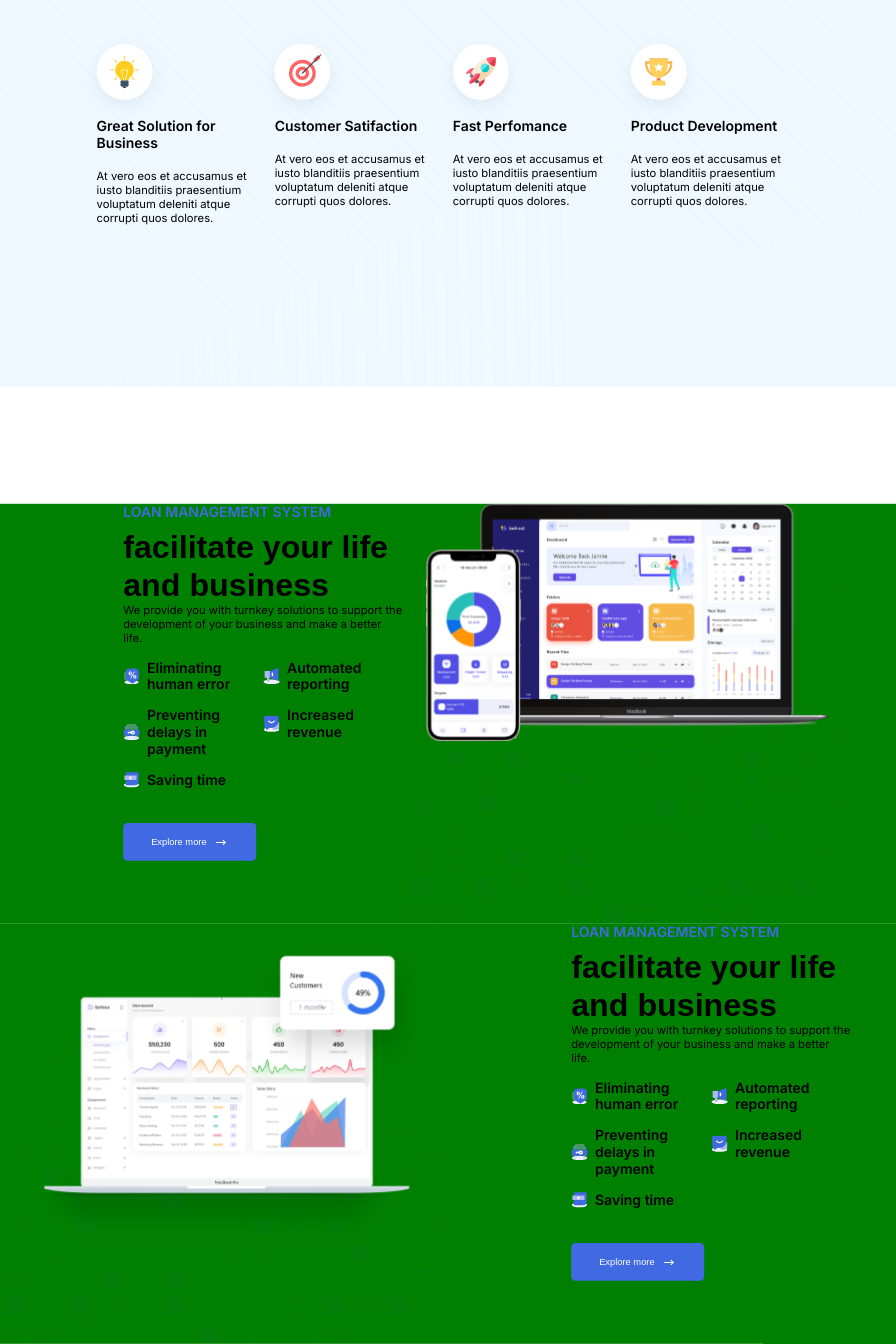
Repository: Chamsmey/static-html-css
Page: index.html
An editor plug-in stored every save of this project. The page is shown before and after the next save, followed by the edit.
The browser window is 1280 px wide. The pictures show the part of the page from y = 1114 to 3034 px (the page is 3034 px tall), at 70% of full size.
Some web fonts or font styles are not loaded; a fallback is used.

Above is the page before, as saved 2022-11-15 16:47:52.

### index.html
<!DOCTYPE html>
<html lang="en">

<head>
    <meta charset="UTF-8">
    <meta http-equiv="X-UA-Compatible" content="IE=edge">
    <meta name="viewport" content="width=device-width, initial-scale=1.0">
    <title>Blue Tech Solution</title>
    <link rel="stylesheet" href="./css/style.css">
    <link rel="shortcut icon" href="./icons/BlueTech solution _ Logo.svg" type="image/x-icon">
</head>

<body>

    <!-- /// navbar  -->
    <div class="container">
        <nav>
            <div class="logo_group">
                <img src="./icons/BlueTech solution _ Logo.svg" alt="">
            </div>
            <ul class="nav_menu flex_evenly_center">
                <a href="#">
                    <li class="menu_items">Home</li>
                </a>
                <a href="#choose_us">
                    <li class="menu_items">Why choose us
                </a>
                <a href="#products">
                    <li class="menu_items">Products
                </a>
                <a href="#contact">
                    <li class="menu_items">Contact us
                </a>
                <a href="#faq">
                    <li class="menu_items">FAQs</li>
                </a>
            </ul>
            <button class="btn btn_primary">
                <img src="./icons/icon_play_circle.svg" alt="">
                <span>Request demo</span>
            </button>
        </nav>
        <!-- // home  -->
        <section id="home" class="">
            <!-- si=============side left ========= -->
            <div id="side_left" class="flex_beteen_center">

                <div id="follow_social">
                    <div class="icon_group flex_col">
                        <img class="follow_icon" width="15.02px" height="12.6px" src="./icons/icon_telegram.svg" alt="">
                        <img class="follow_icon" width="14.98px
                        " height="11.24px" src="./icons/icon_youtube.svg" alt="">
                        <img class="follow_icon" width="15px" height="15px" src="./icons/icon_linkedIn.svg" alt="">
                        <img class="follow_icon" width="7.5px" height="15px" src="./icons//Icon_facebook.svg" alt="">
                        <img class="follow_icon" width="2px" height="10px" src="./icons//icon_I.svg" alt="">

                        <h5 class="text_tranform text_sm text_center my_25"> Follow Us </h5>

                    </div>
                </div>
                <div id="content">
                    <div class="">
                        <h1 class="text_3xl" >True PowerFul Business Partner: <span class="text_3xl color_primary">Blue Tech </span>Solution</h1>
                        <p class="text_sm">Sed ut perspiciatis unde omnis iste natus error sit voluptatem
                            accusantium doloremque laudantium, totam rem aperiam, eaque ipsa quae ab
                            illo inventore veritatis et quasi architecto
                            beatae vitae dicta sunt explicabo.</p>
                    </div>
                    <div class="">
                        <div id="scroll_icon">
                            <h4 class="text_sm color_secodary">Scroll down to explore</h4>
                            <div class="icon_circle bg_primary ml_10">
                                <img src="./icons/icon_arrow_down_white.png" alt="">
                            </div>
                        </div>

                    </div>

                </div>
            </div>
            <!-- /////////////// side right  -->
            <div id="side_right">
                <img src="./images/home/01.jpg" alt="">
            </div>
        </section>
        </section>

        <!-- choose us -->
        <section id="choose_us" class="choose_us_section bg_primary">
            <div class="header">
                <div class="section_header">
                    <h4 class="text_sm color_primary text_upper mt_50">
                        Why our customer choose us?
                    </h4>
                    <h1 class="text_3xl my_10">
                        15 Years of Experiences
                        In IT Solutions
                    </h1>
                    <p class="text_sm my_10">
                        Doloremque laudantium, totam rem aperiam,
                        eaque ipsa quae ab illo inventore veritatis et quasi architecto beatae
                        vitae dicta sunt explicabo.
                    </p>
                </div>
            </div>
            <div class="card_group_items">
                <div class="card_group flex_beteen_start">
                    <div class="card">
                        <div class="card_header">
                            <div class="icon_circle bg_white icon_80x_80x box_shadow">
                                <img src="./icons/icon_light.svg" alt="">
                            </div>
                        </div>
                        <div class="card_body">
                            <h4 class="text_sm my_25">Great Solution for Business</h4>
                            <p class="text_ms my_10">At vero eos et accusamus et iusto blanditiis praesentium
                                voluptatum deleniti atque corrupti quos dolores.</p>
                        </div>
                    </div>
                    <div class="card">
                        <div class="card_header">
                            <div class="icon_circle bg_white icon_80x_80x box_shadow">
                                <img class="posttion_absolute_center" src="./icons/icon_focus.svg" alt="">
                            </div>
                        </div>
                        <div class="card_body">
                            <h4 class="text_sm my_25">Customer Satifaction</h4>
                            <p class="text_ms my_10">At vero eos et accusamus et iusto blanditiis praesentium
                                voluptatum deleniti atque corrupti quos dolores.</p>
                        </div>
                    </div>
                    <div class="card">
                        <div class="card_header">
                            <div class="icon_circle bg_white icon_80x_80x box_shadow">
                                <img src="./icons/icon_rocket.svg" alt="">
                            </div>
                        </div>
                        <div class="card_body">
                            <h4 class="text_sm my_25">Fast Perfomance</h4>
                            <p class="text_ms my_10">
                                At vero eos et accusamus et iusto blanditiis praesentium
                                voluptatum deleniti atque corrupti quos dolores.</p>
                        </div>
                    </div>
                    <div class="card">
                        <div class="card_header">
                            <div class="icon_circle bg_white icon_80x_80x box_shadow">
                                <img src="./icons/icon_champion.svg" alt="">
                            </div>
                        </div>
                        <div class="card_body">
                            <h4 class="text_sm my_25">Product Development</h4>
                            <p class="text_ms my_10">At vero eos et accusamus et iusto blanditiis praesentium
                                voluptatum deleniti atque corrupti quos dolores.</p>
                        </div>
                    </div>
                </div>
            </div>
            <div class="scroll_bar">
                <h4 class="scroll_bar_title text_sm text_tranform py_30">
                 Scroll to top
                </h4>

                <div class="bar">
                    <img src="./icons/icon_scroll_bar.svg" alt="">
                </div>
            </div>
        </section>
    </div>
    <div>

    </div>
    <!-- product  -->
    <div class="container">
        <section id="products" class="products_section">
            <div class="product_description">
                <h4 class="text_sm text_upper color_primary">Loan Management system</h4>
                <h1 class="text_3xl mt_10">
                    facilitate your life and business
                </h1>
                <p class="text_ms">We provide you with turnkey solutions to support the development
                    of your business and make a better life.</p>
                    <div class="product_values flex_beteen_start">
                        <div class="product_value flex_align_center mt_20">
                            <img src="./icons/icon_percent.svg" alt="">
                            <p class="text_sm text_simibold ml_20">Eliminating human error</p>
                        </div>
                        <div class="product_value flex_align_center mt_20">
                            <img src="./icons/icon_micro.svg" alt="">
                            <p class="text_sm text_simibold ml_20">Automated reporting</p>
                        </div>
                        <div class="product_value flex_align_center mt_20">
                            <img src="./icons/icon_prevent.svg" alt="">
                            <p class="text_sm text_simibold ml_20">Preventing delays in payment</p>
                        </div>
                        <div class="product_value flex_align_center mt_20">
                            <img src="./icons/icon_sms.svg" alt="">
                            <p class="text_sm text_simibold ml_20">Increased revenue</p>
                        </div>
                        <div class="product_value flex_align_center mt_20">
                            <img src="./icons/icon_save.svg" alt="">
                            <p class="text_sm text_simibold ml_20">Saving time</p>
                        </div>
                    </div>
                <button class="btn btn_primary mt_50"><a href="#" class="color_white">Explore more</a> <img src="./icons/icon_arrow_right.svg" alt=""></button>
            </div>
            <div class="product_bg">
                <img src="./images/product.svg" alt="">

            </div>

        </section>
        <section id="products" class="products_section">
            <div class="product_bg">
                <img src="./images/products/products.svg" alt="">
            </div>
            <div class="product_description">
                <h4 class="text_sm text_upper color_primary">Loan Management system</h4>
                <h1 class="text_3xl mt_10">
                    facilitate your life and business
                </h1>
                <p class="text_ms">We provide you with turnkey solutions to support the development
                    of your business and make a better life.</p>
                    <div class="product_values flex_beteen_start">
                        <div class="product_value flex_align_center mt_20">
                            <img src="./icons/icon_percent.svg" alt="">
                            <p class="text_sm text_simibold ml_20">Eliminating human error</p>
                        </div>
                        <div class="product_value flex_align_center mt_20">
                            <img src="./icons/icon_micro.svg" alt="">
                            <p class="text_sm text_simibold ml_20">Automated reporting</p>
                        </div>
                        <div class="product_value flex_align_center mt_20">
                            <img src="./icons/icon_prevent.svg" alt="">
                            <p class="text_sm text_simibold ml_20">Preventing delays in payment</p>
                        </div>
                        <div class="product_value flex_align_center mt_20">
                            <img src="./icons/icon_sms.svg" alt="">
                            <p class="text_sm text_simibold ml_20">Increased revenue</p>
                        </div>
                        <div class="product_value flex_align_center mt_20">
                            <img src="./icons/icon_save.svg" alt="">
                            <p class="text_sm text_simibold ml_20">Saving time</p>
                        </div>
                    </div>
                <button class="btn btn_primary mt_50"><a href="#" class="color_white">Explore more</a> <img src="./icons/icon_arrow_right.svg" alt=""></button>
            </div>


        </section>

    </div>
    <!-- contact  -->
    <section id="contact" class="contact_us_section">

    </section>

    <!-- FAQs  -->
    <section id="faq" class="faq_section">

    </section>
    </div>

    <!-- footer -->
    <footer>

    </footer>
</body>

</html>

### css/style.css
@import url("https://fonts.cdnfonts.com/css/recoleta");
@import url("https://fonts.googleapis.com/css2?family=Inter:wght@100;200;300;400;500;600&family=Open+Sans:ital,wght@0,300;0,400;1,300&display=swap");

* {
  padding: 0;
  margin: 0;
  box-sizing: border-box;
  scroll-behavior: smooth;
}
/* root  */
:root {
  /* color  */
  --color-primary: #4169e1;
  --color-secondary: #262856;
  --bg-color-:#F0F9FF
;
  --color-black: #292d33;
  --color-red: #c14040;
  --color-background: #f1f6fa;
  /* // font size  */
  --text-headline-1: 46px;
  --text-headline-2: 38px;
  --text-headline-3: 30px;
  --text-headline-4: 22px;
  --text-headline-6:18px;
  --text-paragraph-1: 20px;
  --text-paragraph-2: 16px;
  --text-paragraph-3:14px;
  /* // font  family  */
  --heading-font: "Recoleta", sans-serif;
  --paragraph-font: "Open Sans", sans-serif;
  --sub-heading-font: "Inter", sans-serif;
}
/* nav/ */
.color_primary {
  color: var(--color-primary);
}
.color_secodary{
  color: var(--color-secondary);
}
.bg_white{
  background:#fff;
}

/* // text style  */
.text_sm{
  font-size: var(--text-paragraph-1);
  font-family: var(--sub-heading-font);

}
.text_ms{
  font-size: var(--text-paragraph-2);
  font-family: var(--sub-heading-font);
}
.text_3xl{
  font-size: var(--text-headline-1);
  font-family: var(--heading-font);
}
h1{
  font-size: var(--text-headline-1);
  font-family: var(--heading-font);
}

.text_2xl{
  font-size: var(--text-headline-2);
  font-family: var(--heading-font);
}
h2{
  font-size: var(--text-headline-2);
  font-family: var(--heading-font);
}
.text_xl{
  font-size: var(--text-headline-3);
  font-family: var(--heading-font);
}
h3{
  font-size: var(--text-headline-3);
  font-family: var(--heading-font);
}
.text_md{
  font-family: var(--sub-heading-font);
  font-size: var( --text-headline-2);
}
h4{
  font-family: var(--sub-heading-font);
  font-size: var( --text-headline-2);
}
.text_sm_bold{
  font-size: 700;
}

.text_thin{
  font-weight: 400;
}
.text_simibold{
  font-weight: 600;
}
.text_bold{
  font-weight: 700;
}
.text_upper{
  text-transform: uppercase;
}
.text_center {
  text-align: center;
}
.ml_10{
  margin-left: 10px;
}
/* // margin  */
.my_25{
  margin: 25px 0;
}

.my_10{
  margin: 10px 0;
}
.mt_50 {
  margin-top: 50px;
}

.mt_30 {
  margin-top: 30px;
}
.mt_50{
  margin-top: 50px;
}
.mt_20{
  margin-top: 20px;
}
.mt_10{
  margin-top: 10px;
}
.ml_10{
  margin-left: 20px;
}
.ml_20{
  margin-left: 10px;
}

/* // padding */
.px_20{
    padding: 0 20px;
}
.py_10{
  padding: 10px 0;
}

.py_30{
  padding: 30px 0;
}
.px_30{
    padding: 0 30px;
}

/* // flexbox */
.flex_beteen_center {
    display: flex;
    justify-content: space-between;
    flex-wrap: wrap;
    align-items: center;
  }
  .flex_align_center{
    display: flex;
    align-items: center;
  }
  .flex_beteen_start {
    display: flex;
    justify-content: space-between;
    flex-wrap: wrap;
    align-items: flex-start;
  }
  .flex_evenly_center {
    display: flex;
    justify-content: space-evenly;
    flex-wrap: wrap;
    align-items: center;
  }

  .postion_absolute{
    position:absolute;
  }


.box_shadow{
  box-shadow: 0px 8px 24px rgba(53, 95, 158, 0.1);
}
/* ============ */

.container{
  width: 100%;
  margin: auto;
  margin-top: 50px;
}
nav {
  width: 80%;
  margin: 27px auto;
  display: flex;
  justify-content: space-between;
  align-items: center;
}


.nav_menu {
  width: 50%;
  list-style-type: none;
  box-sizing: border-box;
}
a {
  color: var(--color-black);
}
.menu_items {
  color: black;
/* margin-right: 10%; */
  font-family: "Inter", sans-serif;
  font-style: normal;
  font-weight: 400;
  font-size: 16px;
}
a {
  text-decoration: none;
}

.bg_primary {
  background: var(--color-primary);
}
.btn {
  Width:190px;
  Height:54px;
  display: flex;
  flex-direction: row;
  justify-content: space-evenly;
  align-items: center;
  padding: 11px 30px;
  border: none;
  border-radius: 6px;
}
.btn_primary{
  color: white;
  background:var(--color-primary);

}
.color_white{
  color: white;
}
/* home  */
#home {
    width: 100%;
    display: flex;
    margin: auto;
    justify-content: space-evenly;
}

.h1_title {
  font-size: 46px;
  font-family: var(--heading-font);
}
#side_left {
    width: 50%;
    padding: 1rem;
    display: flex;
    justify-content: space-between;
    /* background: red; */
}
#side_right{
  width: 50%;
  background-image: url(../images/home/frame_home.svg);
  background-position: center;
  background-repeat: no-repeat;
  background-size: cover;
  /* overflow: hidden; */

  display: flex;
  /* align-items: center; */
  /* background: green; */
}
#side_right img {
  width: 80%;
height: 509px;

}
#content {
    width: 80%;

    /* margin-top: 1rem; */
    /* padding:0em 8em ; */
    /* background: #d/dd; */
}
.flex_col {
  display: flex;
  flex-direction: column;
  flex-wrap: wrap;
}
.follow_icon {
  flex: 1;

  margin: 10px auto 10px auto;
}
#follow_social {
  margin-top: 4em;

}
.text_tranform {
  transform: rotate(-90deg);
}

#scroll_icon{
    margin-top: 4em;
    display: flex;
    align-items: center;
}
.posttion_absolute_center{
  position: absolute;
  left: 55%;
  top:48%;
  transform:translate(-50%, -50%);
}
.icon_circle{
  position: relative;
    width: 36px;
    padding: 5px;
    height: 36px;
    display: flex;
    justify-content: center;
    align-items: center;
    border-radius: 50%;
}

/* choose section  */
.choose_us_section{

  width: 100%;
  position: relative;
  background:var(--bg-color-);
  background-image: url(../images/choose_page/frame_choose_us.svg);
  margin: 167px auto;
  display: flex;
  flex-direction: column;
  height: 852px;


}
.section_header{
  height: 352px;

  ;
}

.header .section_header{
  width: 49%;
  text-align: center;
  padding: 10px;
  display: flex;
  flex-direction: column;
  align-items: center;
  margin: auto;

}
.card_group_items{

  width: 80%;
  padding: 10px;
  display: block;
  margin: auto;
}
.card_group{
  height: 500px;
  /* background: #000; */

}
.card{
  width: 24%;
height: 300px;
/* background:gray; */

}

.icon_80x_80x{
  width: 80px;
  height: 80px;
}
.icon_center{
  left: 31.8%;

}

.scroll_bar{
  position: fixed;
  z-index: 10;
  display: flex;

  flex-direction: column;
  justify-content: space-between;
  align-items:center;
  width: 50px;
  height: 200px;
  /* background: red; */
  left: 1100px;
  top: 200px;

}

.scroll_bar_title{
    column-width: auto;
    width: 140px;
    padding-left: 0px;
    /* background: blue; */
}


/* ========productsection ===== */

.products_section{
  width: 100%;
  padding: 0 ;
  margin: auto;
  height: 600px;
  background: green;

  display: flex;
  /* justify-content: space-between; */
/* background: #ddd; */
}

.product_description{
 width: 45%;
  /* background:red; */
  padding-left: 11em;
}
.product_value{
  width: 50%;
}
.product_bg{
  width: 50%;
  /* background: #000; */
  display: flex;
  justify-content:center;
  align-items: flex-start;
  background-image: url(../images/products/frame_pro_section.svg);
  /* background-color: #cccccc;  */
  background-position: center;
  background-repeat: no-repeat;
  background-size: cover;
}

.product_bg img{
  width: 90%;
  box-sizing: border-box;
}

After the next save:
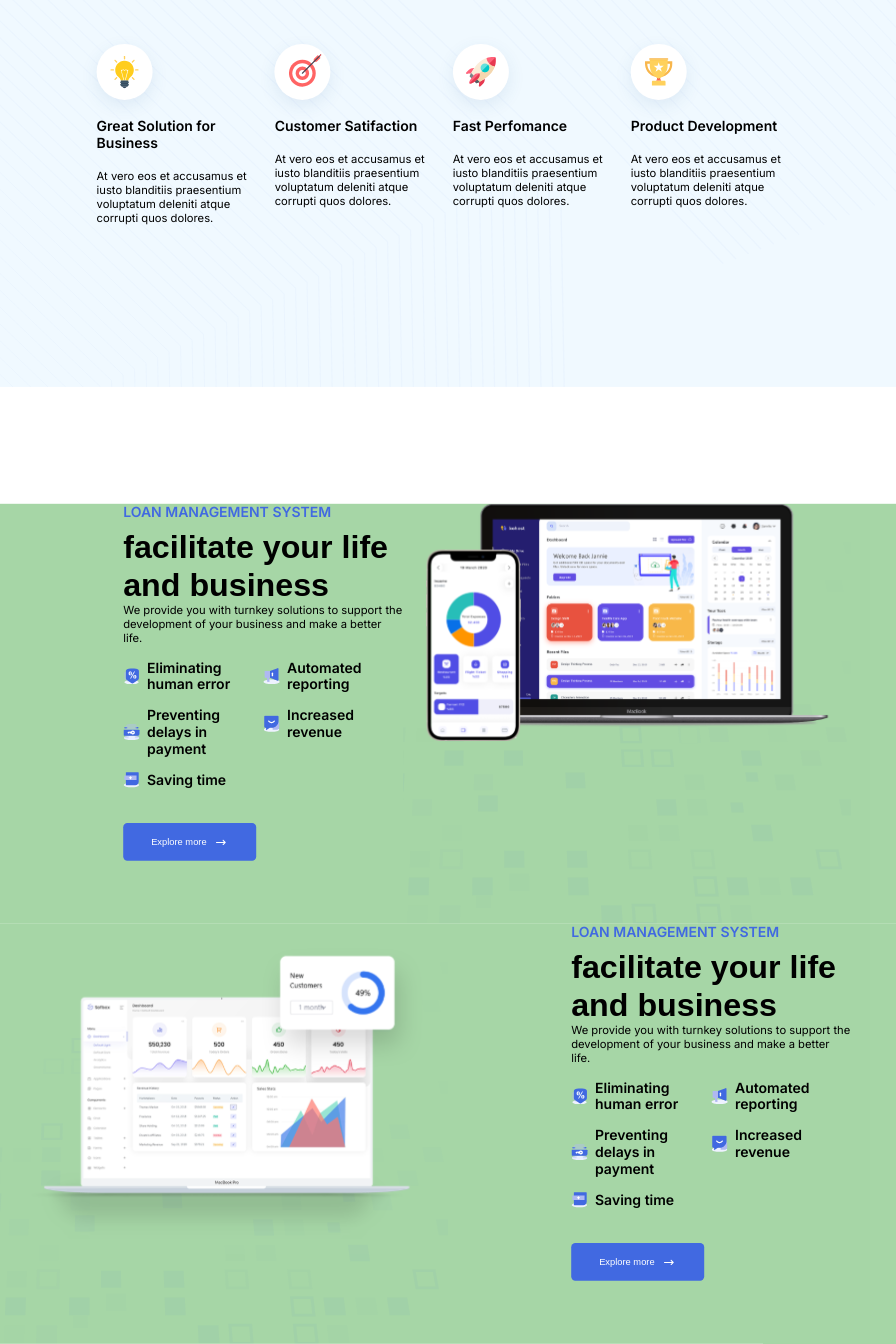
Saved 5 s later.
--- a/css/style.css
+++ b/css/style.css
@@ -415,7 +415,7 @@ height: 300px;
   padding: 0 ;
   margin: auto;
   height: 600px;
-  background: green;
+  background: rgb(166, 214, 166);
 
   display: flex;
   /* justify-content: space-between; */
